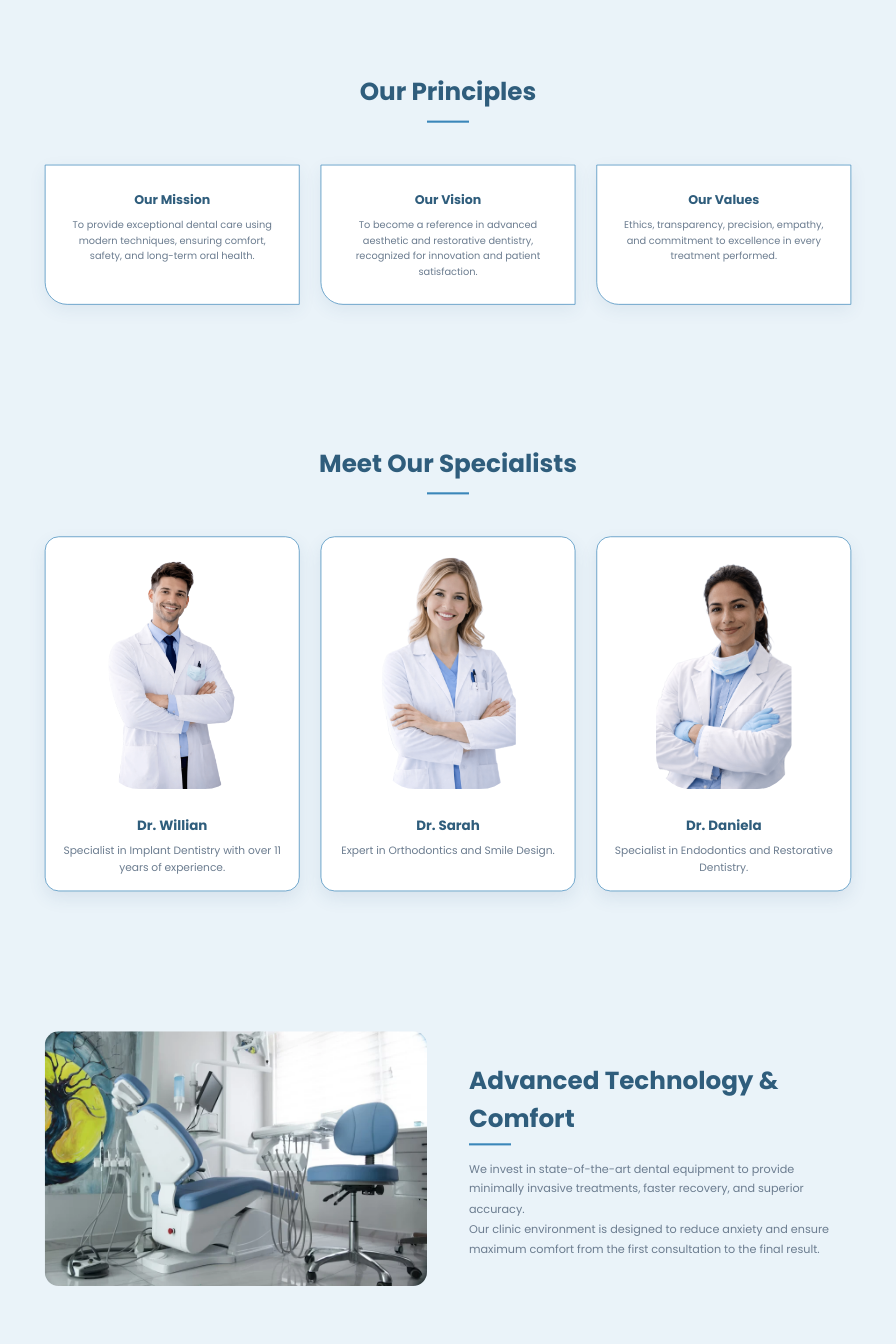
Repository: davidfsillva/OdontoPrime
Page: about.html
An editor plug-in stored every save of this project. The page is shown before and after a run of saves, followed by the edit.
The browser window is 1280 px wide. The pictures show the part of the page from y = 946 to 2866 px (the page is 3445 px tall), at 70% of full size.

Above is the page before, as saved 2026-02-16 23:57:40.

After the next 5 saves:
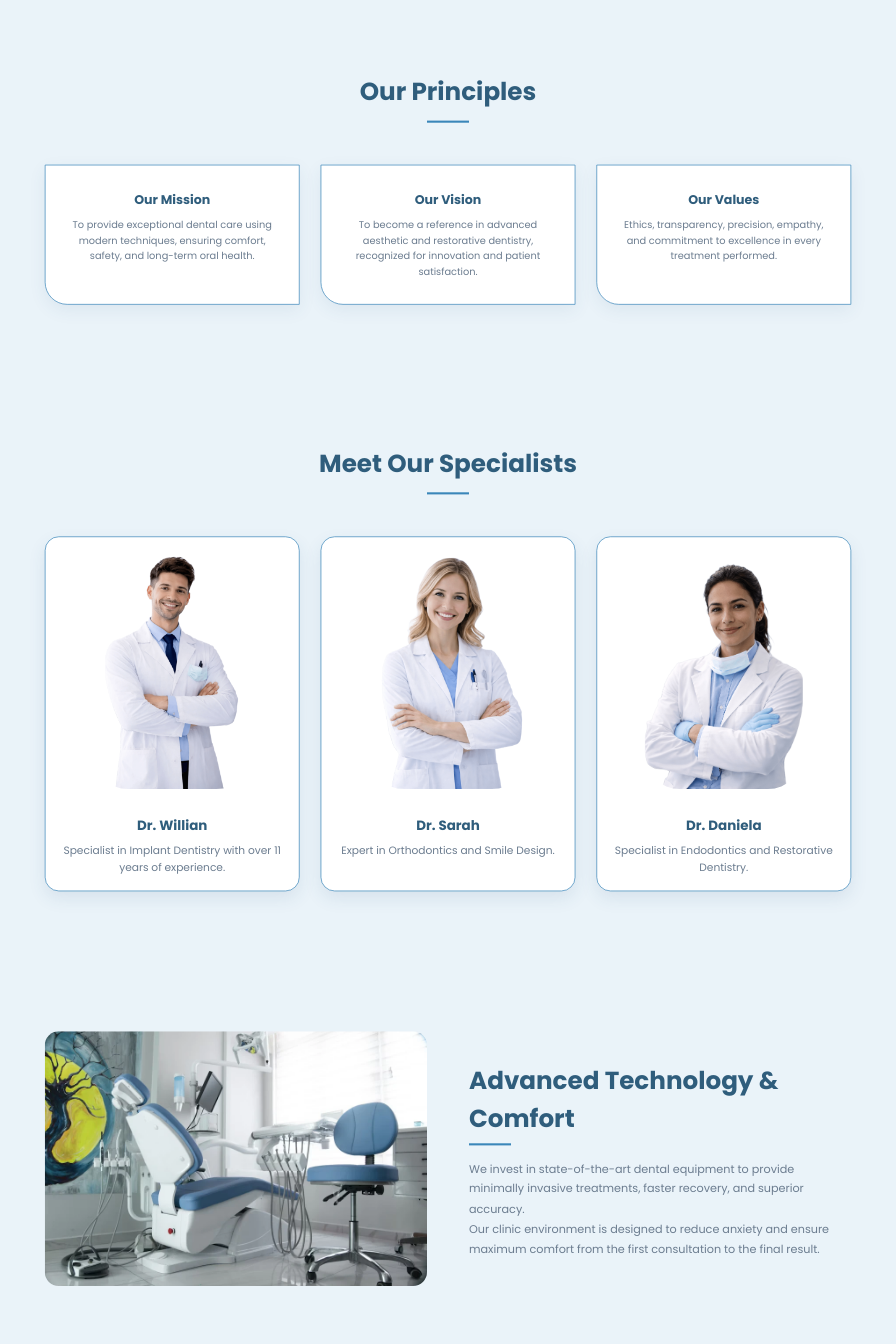
The 5 saves are shown as one change because they came seconds apart.
The last was saved 5 min 35 s later.
--- a/style.css
+++ b/style.css
@@ -470,7 +470,7 @@ nav a.active{
 
 /* Imagem maior e proporcional */
 .departments.about-cards .card img {
-    width: 60%;          /* ocupa toda a largura do card */
+    width: 70%;          /* ocupa toda a largura do card */
     height: 340px;        /* altura maior */
     object-fit: cover;    /* mantém proporção e recorta excesso */
     border-radius: 50px;  /* cantos arredondados */
